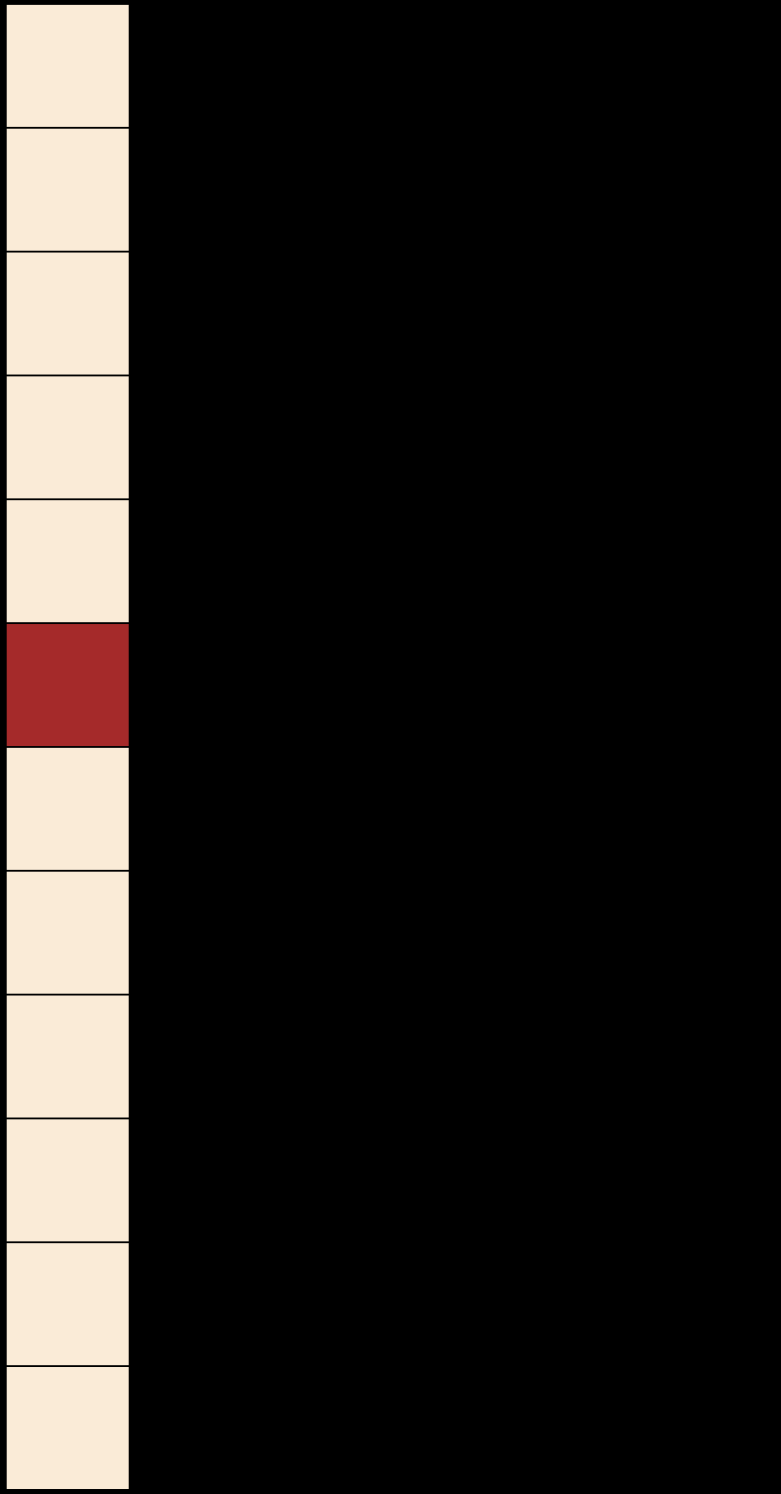
Repository: sephinejo/frontend-browser-101
Page: browser/xy.html
These files come from the project's save history. The page is drawn as it stood at one moment and after the next save; the edit follows.
The browser window is 1280 px wide. The pictures show the whole page, at 61% of full size.

Above is the page before, as saved 2023-05-10 14:30:32.

After the next save:
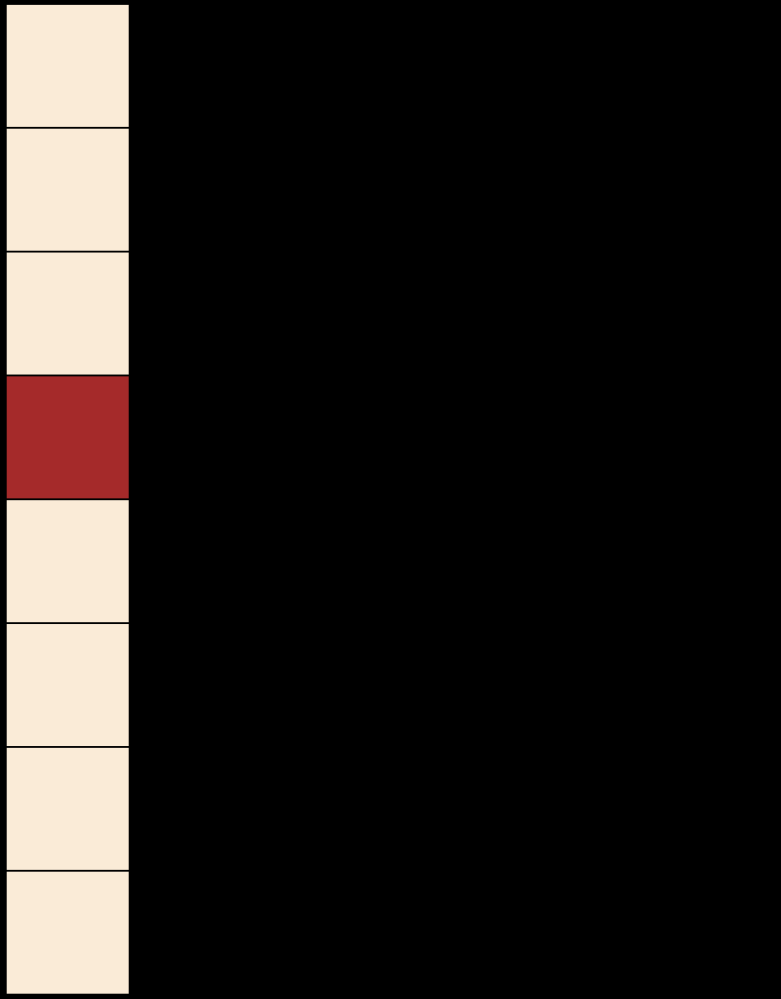
Saved 27 s later.
--- a/browser/xy.html
+++ b/browser/xy.html
@@ -24,11 +24,7 @@
     <div class="box"></div>
     <div class="box"></div>
     <div class="box"></div>
-    <div class="box"></div>
-    <div class="box"></div>
     <div class="box special"></div>
-    <div class="box"></div>
-    <div class="box"></div>
     <div class="box"></div>
     <div class="box"></div>
     <div class="box"></div>
